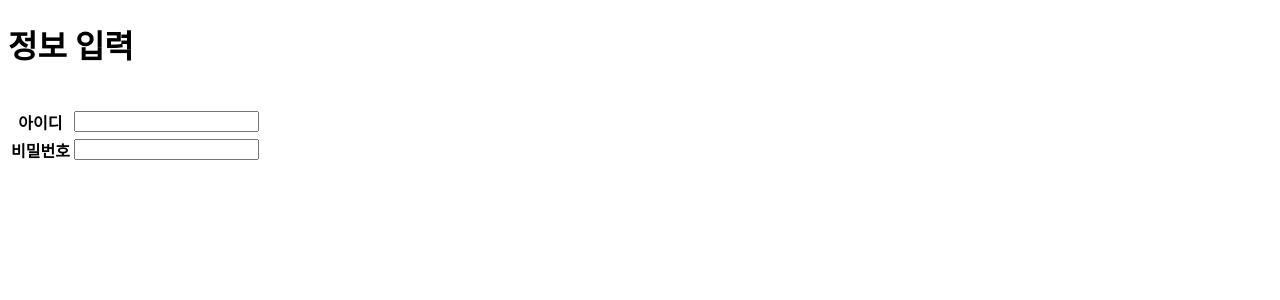
Repository: Jh1227/JSP
Page: http://localhost/12_EL/ex02_param/memberForm.jsp
The author's editor kept a copy of each file at every save. The page is drawn from the files as they stood at one save, then again after the next save.
The browser window is 1280 px wide. The pictures show the whole page.
The page is served by Tomcat 9. Other server files are loaded and not shown.

Above is the page before, as saved 2023-04-10 01:02:47.

### 12_EL/src/main/webapp/ex02_param/memberForm.jsp

<!-- ex02_param/memberForm.jsp -->

<%@ page language="java" contentType="text/html; charset=UTF-8"
    pageEncoding="UTF-8"%>
<!DOCTYPE html>
<html>
<head>
<meta charset="UTF-8">
<title>memberForm.jsp</title>
<!--
	# MemberBean 의 정보(id, pw, 이름, e-mail)을 입력받은 결과를 'memberPro.jsp' 확인하는 페이지를 구현하세요
-->
</head>
<body>
	<h1>정보 입력</h1>
	<br>
	<form action="memberPro.jsp" method ="post">
		<table>
			<tr>
				<th> 아이디 </th>
				<td><input type ="text" name ="id"></td>
			</tr>
			<tr>
				<th> 비밀번호 </th>
				<td><input type ="password" name ="pwd"></td>
			</tr>
		</table>
	</form>
</body>
</html>

After the next save:
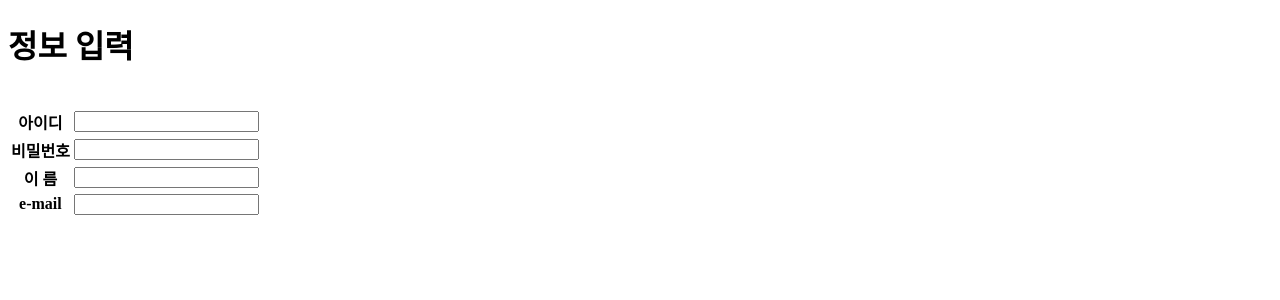
Saved 33 s later.
--- a/12_EL/src/main/webapp/ex02_param/memberForm.jsp
+++ b/12_EL/src/main/webapp/ex02_param/memberForm.jsp
@@ -25,6 +25,14 @@
 				<th> 비밀번호 </th>
 				<td><input type ="password" name ="pwd"></td>
 			</tr>
+			<tr>
+				<th> 이 름 </th>
+				<td><input type ="text" name ="name"></td>
+			</tr>
+			<tr>
+				<th> e-mail </th>
+				<td><input type ="text" name ="e-mail"></td>
+			</tr>
 		</table>
 	</form>
 </body>
